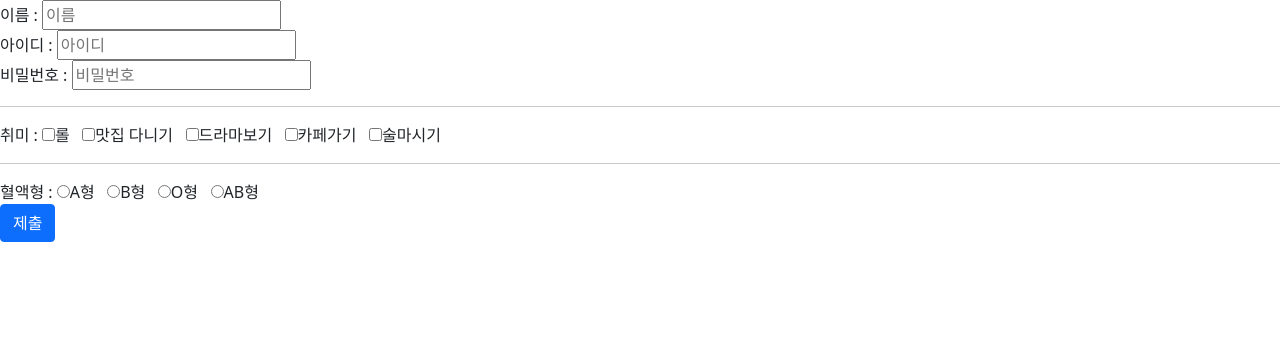
Repository: limbbbyoung/JSP_practice
Page: http://localhost/JSPbasic/jspobject/request/req_user_form.jsp
The author's editor kept a copy of each file at every save. The page is drawn from the files as they stood at one save, then again after the next save.
The browser window is 1280 px wide. The pictures show the whole page.
The page is served by Tomcat 9.

Above is the page before, as saved 2022-03-25 11:07:55.

### JSPbasic/src/main/webapp/jspobject/request/req_user_form.jsp
<%@ page language="java" contentType="text/html; charset=UTF-8"
    pageEncoding="UTF-8"%>
<!DOCTYPE html>
<html>
<head>
<link href="https://cdn.jsdelivr.net/npm/bootstrap@5.1.3/dist/css/bootstrap.min.css" rel="stylesheet" integrity="sha384-1BmE4kWBq78iYhFldvKuhfTAU6auU8tT94WrHftjDbrCEXSU1oBoqyl2QvZ6jIW3" crossorigin="anonymous">
<meta charset="UTF-8">
<title>Insert title here</title>
</head>
<body>
<%-- 현재 파일인 req_user_form.jsp에 폼 태그를 만들어보겠습니다.
     목적지는 함께 req_user.jsp 파일입니다. post방식으로 데이터를 전달합니다.
     먼저 이름, 아이디, 비밀번호를 입력해 보낼 수 있는 input태그를 만들어주세요.
     각 태그의 name 속성은 uname, uid, upw 입니다.
     데이터를 받아주는 req_user.jsp에서 한글이 깨지지 않도록 받아서 화면에 출력해주세요. --%>

     <form action="http://localhost:8181/JSPbasic/jspobject/request/req_user.jsp" method="post">
     이름 : <input type="text" name="uname" placeholder="이름"><br/>
     아이디 : <input type="text" name="uid" placeholder="아이디"><br/>
     비밀번호 : <input type="password" name="upw" placeholder="비밀번호"><br/>
     <hr/>

     취미 :
     <%-- input 태그 내부에 value 값을 이용해 선택되었을때 전달될 데이터를 정할 수 있습니다. --%>
     <input type="checkbox" name="hobby" value="롤">롤 &nbsp;
     <input type="checkbox" name="hobby" value="맛집 다니기">맛집 다니기 &nbsp;
     <input type="checkbox" name="hobby" value="드라마보기">드라마보기 &nbsp;
     <input type="checkbox" name="hobby" value="카페가기">카페가기 &nbsp;
     <input type="checkbox" name="hobby" value="술마시기">술마시기 &nbsp;
     <hr/>
     혈액형 :
     <input type="radio" name="blood" value="A형">A형 &nbsp;
     <input type="radio" name="blood" value="B형">B형 &nbsp;
     <input type="radio" name="blood" value="O형">O형 &nbsp;
     <input type="radio" name="blood" value="AB형">AB형 &nbsp;


     <br/>
     <input type="submit" class="btn btn-primary "value="제출">
     </form>
</body>
</html>

After the next save:
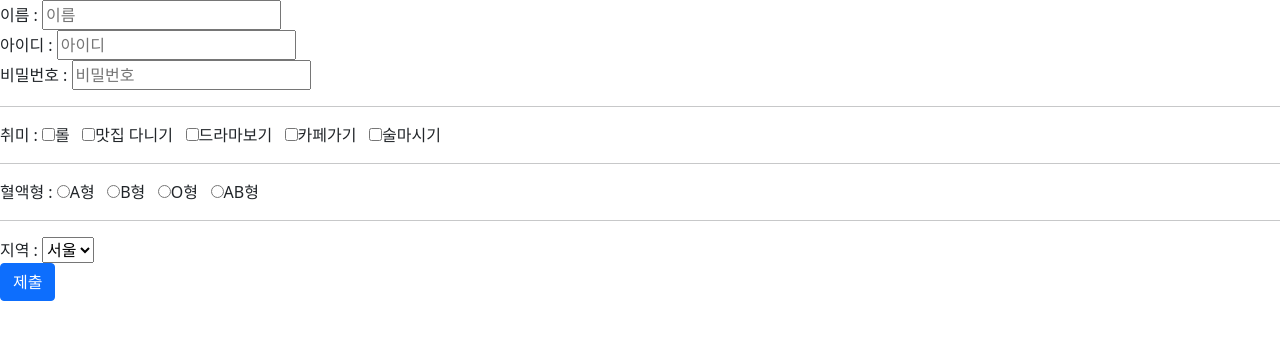
Saved 6 min 13 s later.
--- a/JSPbasic/src/main/webapp/jspobject/request/req_user_form.jsp
+++ b/JSPbasic/src/main/webapp/jspobject/request/req_user_form.jsp
@@ -33,7 +33,17 @@
      <input type="radio" name="blood" value="B형">B형 &nbsp;
      <input type="radio" name="blood" value="O형">O형 &nbsp;
      <input type="radio" name="blood" value="AB형">AB형 &nbsp;
-
+     <hr/>
+     지역 :
+     <select name="region">
+         <option value="서울">서울</option>
+         <option value="경기">경기</option>
+         <option value="강원">강원</option>
+         <option value="충청">충청</option>
+         <option value="전라">전라</option>
+         <option value="경상">경상</option>
+         <option value="제주">제주</option>
+     </select>
 
      <br/>
      <input type="submit" class="btn btn-primary "value="제출">
